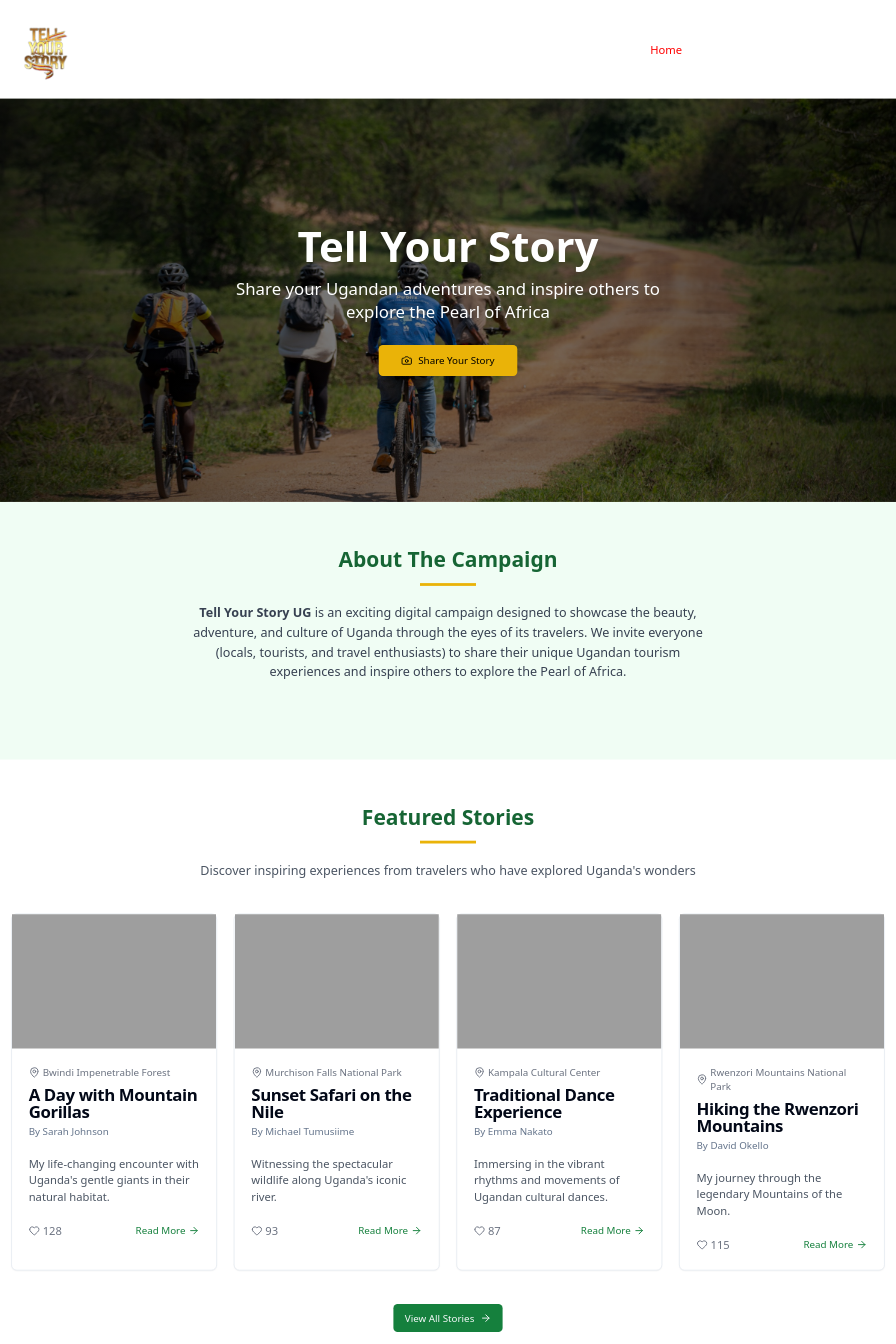
Repository: kaizoku010/take.part
Page: /
These files come from the project's save history. The page is drawn as it stood at one moment and after a run of saves; the edit follows.
The browser window is 1280 px wide. The pictures show the part of the page from y = 0 to 1920 px (the page is 3364 px tall), at 70% of full size.
Pictures or frames that could not be fetched are drawn as grey boxes. The project was rebuilt for these pictures with package versions that can differ from the ones it lists, and the page was loaded fresh each time. Also part of the build but not shown: vite.config.ts, src/components/ui/tooltip.tsx, src/pages/About.tsx, src/components/ui/input.tsx, src/pages/Stories.tsx, src/pages/StoryDetail.tsx, src/components/ui/use-toast.ts, src/components/ui/label.tsx and 3 more.

Above is the page before, as saved 2025-04-14 14:06:56.

### index.html

<!DOCTYPE html>
<html lang="en">
  <head>
    <meta charset="UTF-8" />
    <meta name="viewport" content="width=device-width, initial-scale=1.0" />
    <title>Tell Your Story UG - Explore Uganda</title>
    <meta name="description" content="Share your Ugandan tourism experiences and inspire others to explore the Pearl of Africa" />
    <meta name="author" content="Explore Uganda Campaign" />

    <meta property="og:title" content="Tell Your Story UG - Explore Uganda" />
    <meta property="og:description" content="Share your Ugandan tourism experiences and inspire others to explore the Pearl of Africa" />
    <meta property="og:type" content="website" />
    <meta property="og:image" content="https://lovable.dev/opengraph-image-p98pqg.png" />

    <meta name="twitter:card" content="summary_large_image" />
    <meta name="twitter:site" content="@lovable_dev" />
    <meta name="twitter:image" content="https://lovable.dev/opengraph-image-p98pqg.png" />

    <!-- Meta Pixel Code -->
    <script>
    !function(f,b,e,v,n,t,s)
    {if(f.fbq)return;n=f.fbq=function(){n.callMethod?
    n.callMethod.apply(n,arguments):n.queue.push(arguments)};
    if(!f._fbq)f._fbq=n;n.push=n;n.loaded=!0;n.version='2.0';
    n.queue=[];t=b.createElement(e);t.async=!0;
    t.src=v;s=b.getElementsByTagName(e)[0];
    s.parentNode.insertBefore(t,s)}(window, document,'script',
    'https://connect.facebook.net/en_US/fbevents.js');
    fbq('init', '1846327909352916');
    fbq('track', 'PageView');
    </script>
    <!-- End Meta Pixel Code -->
  </head>

  <body>
    <div id="root"></div>
    <!-- Facebook Pixel noscript -->
    <noscript><img height="1" width="1" style="display:none"
    src="https://www.facebook.com/tr?id=1846327909352916&ev=PageView&noscript=1"
    /></noscript>
    <!-- IMPORTANT: DO NOT REMOVE THIS SCRIPT TAG OR THIS VERY COMMENT! -->
    <script src="https://cdn.gpteng.co/gptengineer.js" type="module"></script>
    <script type="module" src="/src/main.tsx"></script>
  </body>
</html>

### src/App.tsx

import { Toaster } from "@/components/ui/toaster";
import { Toaster as Sonner } from "@/components/ui/sonner";
import { TooltipProvider } from "@/components/ui/tooltip";
import { QueryClient, QueryClientProvider } from "@tanstack/react-query";
import { BrowserRouter, Routes, Route } from "react-router-dom";
import Home from "./pages/Home";
import About from "./pages/About";
import Stories from "./pages/Stories";
import StoryDetail from "./pages/StoryDetail";
import SubmitStory from "./pages/SubmitStory";
import NotFound from "./pages/NotFound";
import "./mdx.css";

const queryClient = new QueryClient();

const App = () => (
  <QueryClientProvider client={queryClient}>
    <TooltipProvider>
      <Toaster />
      <Sonner />
      <BrowserRouter>
        <Routes>
          <Route path="/" element={<Home />} />
          <Route path="/about" element={<About />} />
          <Route path="/stories" element={<Stories />} />
          <Route path="/stories/:id" element={<StoryDetail />} />
          <Route path="/submit-story" element={<SubmitStory />} />
          {/* ADD ALL CUSTOM ROUTES ABOVE THE CATCH-ALL "*" ROUTE */}
          <Route path="*" element={<NotFound />} />
        </Routes>
      </BrowserRouter>
    </TooltipProvider>
  </QueryClientProvider>
);

export default App;

### src/index.css
@tailwind base;
@tailwind components;
@tailwind utilities;

@layer base {
  :root {
    --background: 0 0% 100%;
    --foreground: 222.2 84% 4.9%;

    --card: 0 0% 100%;
    --card-foreground: 222.2 84% 4.9%;

    --popover: 0 0% 100%;
    --popover-foreground: 222.2 84% 4.9%;

    --primary: 41.81deg 100% 49.8%;
    --primary-foreground: 210 40% 98%;

    --secondary: 210 40% 96.1%;
    --secondary-foreground: 222.2 47.4% 11.2%;

    --muted: 210 40% 96.1%;
    --muted-foreground: 215.4 16.3% 46.9%;

    --accent: 210 40% 96.1%;
    --accent-foreground: 222.2 47.4% 11.2%;

    --destructive: 0 84.2% 60.2%;
    --destructive-foreground: 210 40% 98%;

    --border: 214.3 31.8% 91.4%;
    --input: 214.3 31.8% 91.4%;
    --ring: 222.2 84% 4.9%;

    --radius: 0.5rem;

    --sidebar-background: 0 0% 98%;

    --sidebar-foreground: 240 5.3% 26.1%;

    --sidebar-primary: 240 5.9% 10%;

    --sidebar-primary-foreground: 0 0% 98%;

    --sidebar-accent: 240 4.8% 95.9%;

    --sidebar-accent-foreground: 240 5.9% 10%;

    --sidebar-border: 220 13% 91%;

    --sidebar-ring: 217.2 91.2% 59.8%;
  }

  .dark {
    --background: 222.2 84% 4.9%;
    --foreground: 210 40% 98%;

    --card: 222.2 84% 4.9%;
    --card-foreground: 210 40% 98%;

    --popover: 222.2 84% 4.9%;
    --popover-foreground: 210 40% 98%;

 /* Main color: Orange/Gold (41.81deg 100% 49.8%) */
 --primary: 41.81 100% 49.8%;
 --primary-foreground: 210 40% 98%;

 /* Secondary/Accent color: Rust Red (5.38deg 63.88% 44.51%) */
 --secondary: 5.38 63.88% 44.51%;
 --secondary-foreground: 210 40% 98%;

    --muted: 217.2 32.6% 17.5%;
    --muted-foreground: 215 20.2% 65.1%;

    --accent: 217.2 32.6% 17.5%;
    --accent-foreground: 210 40% 98%;

    --destructive: 0 62.8% 30.6%;
    --destructive-foreground: 210 40% 98%;

    --border: 217.2 32.6% 17.5%;
    --input: 217.2 32.6% 17.5%;
    --ring: 212.7 26.8% 83.9%;
    --sidebar-background: 240 5.9% 10%;
    --sidebar-foreground: 240 4.8% 95.9%;
    --sidebar-primary: 224.3 76.3% 48%;
    --sidebar-primary-foreground: 0 0% 100%;
    --sidebar-accent: 240 3.7% 15.9%;
    --sidebar-accent-foreground: 240 4.8% 95.9%;
    --sidebar-border: 240 3.7% 15.9%;
    --sidebar-ring: 217.2 91.2% 59.8%;
  }
}

@layer base {
  * {
    @apply border-border;
  }

  body {
    @apply bg-background text-foreground;
  }
}

### src/components/ui/toaster.tsx
import { useToast } from "@/hooks/use-toast"
import {
  Toast,
  ToastClose,
  ToastDescription,
  ToastProvider,
  ToastTitle,
  ToastViewport,
} from "@/components/ui/toast"

export function Toaster() {
  const { toasts } = useToast()

  return (
    <ToastProvider>
      {toasts.map(function ({ id, title, description, action, ...props }) {
        return (
          <Toast key={id} {...props}>
            <div className="grid gap-1">
              {title && <ToastTitle>{title}</ToastTitle>}
              {description && (
                <ToastDescription>{description}</ToastDescription>
              )}
            </div>
            {action}
            <ToastClose />
          </Toast>
        )
      })}
      <ToastViewport />
    </ToastProvider>
  )
}

### src/components/ui/sonner.tsx
import { useTheme } from "next-themes"
import { Toaster as Sonner, toast } from "sonner"

type ToasterProps = React.ComponentProps<typeof Sonner>

const Toaster = ({ ...props }: ToasterProps) => {
  const { theme = "system" } = useTheme()

  return (
    <Sonner
      theme={theme as ToasterProps["theme"]}
      className="toaster group"
      toastOptions={{
        classNames: {
          toast:
            "group toast group-[.toaster]:bg-background group-[.toaster]:text-foreground group-[.toaster]:border-border group-[.toaster]:shadow-lg",
          description: "group-[.toast]:text-muted-foreground",
          actionButton:
            "group-[.toast]:bg-primary group-[.toast]:text-primary-foreground",
          cancelButton:
            "group-[.toast]:bg-muted group-[.toast]:text-muted-foreground",
        },
      }}
      {...props}
    />
  )
}

export { Toaster, toast }

### src/mdx.css
/* #hero-text{
    font-size: medium !important;
} */

#logo{
    width: 6rem !important;
}

#link{
color:red !important;
}

### src/components/ui/button.tsx
import * as React from "react"
import { Slot } from "@radix-ui/react-slot"
import { cva, type VariantProps } from "class-variance-authority"

import { cn } from "@/lib/utils"

const buttonVariants = cva(
  "inline-flex items-center justify-center gap-2 whitespace-nowrap rounded-md text-sm font-medium ring-offset-background transition-colors focus-visible:outline-none focus-visible:ring-2 focus-visible:ring-ring focus-visible:ring-offset-2 disabled:pointer-events-none disabled:opacity-50 [&_svg]:pointer-events-none [&_svg]:size-4 [&_svg]:shrink-0",
  {
    variants: {
      variant: {
        default: "bg-primary text-primary-foreground hover:bg-primary/90",
        destructive:
          "bg-destructive text-destructive-foreground hover:bg-destructive/90",
        outline:
          "border border-input bg-background hover:bg-accent hover:text-accent-foreground",
        secondary:
          "bg-secondary text-secondary-foreground hover:bg-secondary/80",
        ghost: "hover:bg-accent hover:text-accent-foreground",
        link: "text-primary underline-offset-4 hover:underline",
      },
      size: {
        default: "h-10 px-4 py-2",
        sm: "h-9 rounded-md px-3",
        lg: "h-11 rounded-md px-8",
        icon: "h-10 w-10",
      },
    },
    defaultVariants: {
      variant: "default",
      size: "default",
    },
  }
)

export interface ButtonProps
  extends React.ButtonHTMLAttributes<HTMLButtonElement>,
    VariantProps<typeof buttonVariants> {
  asChild?: boolean
}

const Button = React.forwardRef<HTMLButtonElement, ButtonProps>(
  ({ className, variant, size, asChild = false, ...props }, ref) => {
    const Comp = asChild ? Slot : "button"
    return (
      <Comp
        className={cn(buttonVariants({ variant, size, className }))}
        ref={ref}
        {...props}
      />
    )
  }
)
Button.displayName = "Button"

export { Button, buttonVariants }

### src/components/ui/card.tsx
import * as React from "react"

import { cn } from "@/lib/utils"

const Card = React.forwardRef<
  HTMLDivElement,
  React.HTMLAttributes<HTMLDivElement>
>(({ className, ...props }, ref) => (
  <div
    ref={ref}
    className={cn(
      "rounded-lg border bg-card text-card-foreground shadow-sm",
      className
    )}
    {...props}
  />
))
Card.displayName = "Card"

const CardHeader = React.forwardRef<
  HTMLDivElement,
  React.HTMLAttributes<HTMLDivElement>
>(({ className, ...props }, ref) => (
  <div
    ref={ref}
    className={cn("flex flex-col space-y-1.5 p-6", className)}
    {...props}
  />
))
CardHeader.displayName = "CardHeader"

const CardTitle = React.forwardRef<
  HTMLParagraphElement,
  React.HTMLAttributes<HTMLHeadingElement>
>(({ className, ...props }, ref) => (
  <h3
    ref={ref}
    className={cn(
      "text-2xl font-semibold leading-none tracking-tight",
      className
    )}
    {...props}
  />
))
CardTitle.displayName = "CardTitle"

const CardDescription = React.forwardRef<
  HTMLParagraphElement,
  React.HTMLAttributes<HTMLParagraphElement>
>(({ className, ...props }, ref) => (
  <p
    ref={ref}
    className={cn("text-sm text-muted-foreground", className)}
    {...props}
  />
))
CardDescription.displayName = "CardDescription"

const CardContent = React.forwardRef<
  HTMLDivElement,
  React.HTMLAttributes<HTMLDivElement>
>(({ className, ...props }, ref) => (
  <div ref={ref} className={cn("p-6 pt-0", className)} {...props} />
))
CardContent.displayName = "CardContent"

const CardFooter = React.forwardRef<
  HTMLDivElement,
  React.HTMLAttributes<HTMLDivElement>
>(({ className, ...props }, ref) => (
  <div
    ref={ref}
    className={cn("flex items-center p-6 pt-0", className)}
    {...props}
  />
))
CardFooter.displayName = "CardFooter"

export { Card, CardHeader, CardFooter, CardTitle, CardDescription, CardContent }

### src/components/layout/Layout.tsx

import { ReactNode } from "react";
import Header from "./Header";
import Footer from "./Footer";

interface LayoutProps {
  children: ReactNode;
}

const Layout = ({ children }: LayoutProps) => {
  return (
    <div className="flex flex-col min-h-screen">
      <Header />
      <main className="flex-grow">
        {children}
      </main>
      <Footer />
    </div>
  );
};

export default Layout;

### src/components/layout/Header.tsx

import { useState } from "react";
import { Menu, X } from "lucide-react";
import { Link } from "react-router-dom";
import Logo from "../../media/logo.png";

const Header = () => {
  const [isMenuOpen, setIsMenuOpen] = useState(false);

  const toggleMenu = () => {
    setIsMenuOpen(!isMenuOpen);
  };

  return (
    <header className="text-white shadow-md">
      <div className="container mx-auto px-4 py-4">
        <div className="flex justify-between items-center">
          <Link to="/" className="text-2xl font-bold flex items-center gap-2">
            <img id="logo" src={Logo} alt="Logo" />
            {/* <span className="text-white">Tell Your Story</span> */}
          </Link>

          {/* Desktop Navigation */}
          <nav className="hidden md:flex space-x-8">
            <Link to="/" id="link" className="hover:text-yellow-400 transition-colors">Home</Link>
            <Link to="/stories" className="hover:text-yellow-400 transition-colors">Stories</Link>
            <Link to="/submit-story" className="hover:text-yellow-400 transition-colors">Submit Story</Link>
            <Link to="/about" className="hover:text-yellow-400 transition-colors">About</Link>
          </nav>

          {/* Mobile Menu Button */}
          <button
            onClick={toggleMenu}
            className="md:hidden text-white focus:outline-none"
          >
            {isMenuOpen ? <X size={24} /> : <Menu size={24} />}
          </button>
        </div>

        {/* Mobile Navigation */}
        {isMenuOpen && (
          <nav className="md:hidden pt-4 pb-2">
            <div className="flex flex-col space-y-3">
              <Link
                to="/"
                id="link"
                className="hover:text-yellow-400 transition-colors py-2"
                onClick={() => setIsMenuOpen(false)}
              >
                Home
              </Link>
              <Link
                to="/stories"
                id="link"
                className="hover:text-yellow-400 transition-colors py-2"
                onClick={() => setIsMenuOpen(false)}
              >
                Stories
              </Link>
              <Link
                to="/submit-story"
                id="link"
                className="hover:text-yellow-400 transition-colors py-2"
                onClick={() => setIsMenuOpen(false)}
              >
                Submit Story
              </Link>
              <Link
                to="/about"
                id="link"
                className="hover:text-yellow-400 transition-colors py-2"
                onClick={() => setIsMenuOpen(false)}
              >
                About
              </Link>
            </div>
          </nav>
        )}
      </div>
    </header>
  );
};

export default Header;

### src/components/layout/Footer.tsx

import { Facebook, Instagram, Twitter } from "lucide-react";
import { Link } from "react-router-dom";

const Footer = () => {
  return (
    <footer className="bg-green-900 text-white py-8">
      <div className="container mx-auto px-4">
        <div className="grid grid-cols-1 md:grid-cols-3 gap-8">
          <div>
            <h3 className="text-xl font-bold mb-4">Tell Your Story UG</h3>
            <p className="text-gray-300">
              Showcasing the beauty, adventure, and culture of Uganda through the eyes of its travelers.
            </p>
          </div>

          <div>
            <h3 className="text-xl font-bold mb-4">Quick Links</h3>
            <ul className="space-y-2">
              <li><Link to="/" className="text-gray-300 hover:text-yellow-400 transition-colors">Home</Link></li>
              <li><Link to="/stories" className="text-gray-300 hover:text-yellow-400 transition-colors">Stories</Link></li>
              <li><Link to="/submit-story" className="text-gray-300 hover:text-yellow-400 transition-colors">Submit Story</Link></li>
              <li><Link to="/about" className="text-gray-300 hover:text-yellow-400 transition-colors">About</Link></li>
            </ul>
          </div>

          <div>
            <h3 className="text-xl font-bold mb-4">Connect With Us</h3>
            <div className="flex space-x-4">
              <a href="https://facebook.com" target="_blank" rel="noopener noreferrer" className="hover:text-yellow-400 transition-colors">
                <Facebook size={24} />
              </a>
              <a href="https://twitter.com" target="_blank" rel="noopener noreferrer" className="hover:text-yellow-400 transition-colors">
                <Twitter size={24} />
              </a>
              <a href="https://instagram.com" target="_blank" rel="noopener noreferrer" className="hover:text-yellow-400 transition-colors">
                <Instagram size={24} />
              </a>
            </div>
            <p className="mt-4 text-gray-300">
              Email: <a href="mailto:info@tellyourstoryug.com" className="hover:text-yellow-400 transition-colors">info@tellyourstoryug.com</a>
            </p>
          </div>
        </div>

        <div className="mt-8 pt-4 border-t border-green-800 text-center text-gray-300">
          <p>&copy; {new Date().getFullYear()} Tell Your Story UG. All rights reserved.</p>
        </div>
      </div>
    </footer>
  );
};

export default Footer;

### tailwind.config.ts
import type { Config } from "tailwindcss";

export default {
	darkMode: ["class"],
	content: [
		"./pages/**/*.{ts,tsx}",
		"./components/**/*.{ts,tsx}",
		"./app/**/*.{ts,tsx}",
		"./src/**/*.{ts,tsx}",
	],
	prefix: "",
	theme: {
		container: {
			center: true,
			padding: '2rem',
			screens: {
				'2xl': '1400px'
			}
		},
		extend: {
			colors: {
				main: 'hsl(41.81deg 100% 49.8%)',
				accent: 'hsl(5.38deg 63.88% 44.51%)',
				border: 'hsl(var(--border))',
				input: 'hsl(var(--input))',
				ring: 'hsl(var(--ring))',
				background: 'hsl(var(--background))',
				foreground: 'hsl(var(--foreground))',
				primary: {
					DEFAULT: 'hsl(var(--primary))',
					foreground: 'hsl(var(--primary-foreground))'
				},
				secondary: {
					DEFAULT: 'hsl(var(--secondary))',
					foreground: 'hsl(var(--secondary-foreground))'
				},
				destructive: {
					DEFAULT: 'hsl(var(--destructive))',
					foreground: 'hsl(var(--destructive-foreground))'
				},
				muted: {
					DEFAULT: 'hsl(var(--muted))',
					foreground: 'hsl(var(--muted-foreground))'
				},
				// accent: {
				// 	DEFAULT: 'hsl(var(--accent))',
				// 	foreground: 'hsl(var(--accent-foreground))'
				// },
				popover: {
					DEFAULT: 'hsl(var(--popover))',
					foreground: 'hsl(var(--popover-foreground))'
				},
				card: {
					DEFAULT: 'hsl(var(--card))',
					foreground: 'hsl(var(--card-foreground))'
				},
				sidebar: {
					DEFAULT: 'hsl(var(--sidebar-background))',
					foreground: 'hsl(var(--sidebar-foreground))',
					primary: 'hsl(var(--sidebar-primary))',
					'primary-foreground': 'hsl(var(--sidebar-primary-foreground))',
					accent: 'hsl(var(--sidebar-accent))',
					'accent-foreground': 'hsl(var(--sidebar-accent-foreground))',
					border: 'hsl(var(--sidebar-border))',
					ring: 'hsl(var(--sidebar-ring))'
				}
			},
			borderRadius: {
				lg: 'var(--radius)',
				md: 'calc(var(--radius) - 2px)',
				sm: 'calc(var(--radius) - 4px)'
			},
			keyframes: {
				'accordion-down': {
					from: {
						height: '0'
					},
					to: {
						height: 'var(--radix-accordion-content-height)'
					}
				},
				'accordion-up': {
					from: {
						height: 'var(--radix-accordion-content-height)'
					},
					to: {
						height: '0'
					}
				}
			},
			animation: {
				'accordion-down': 'accordion-down 0.2s ease-out',
				'accordion-up': 'accordion-up 0.2s ease-out'
			}
		}
	},
	plugins: [require("tailwindcss-animate")],
} satisfies Config;

Loaded but not shown: src/main.tsx (common file); src/hooks/use-toast.ts (common file); src/lib/utils.ts (common file); src/pages/Home.tsx (235 lines, source omitted); src/components/ui/carousel.tsx (260 lines, source omitted); src/components/ui/toast.tsx (127 lines, source omitted)

After the next 3 saves:
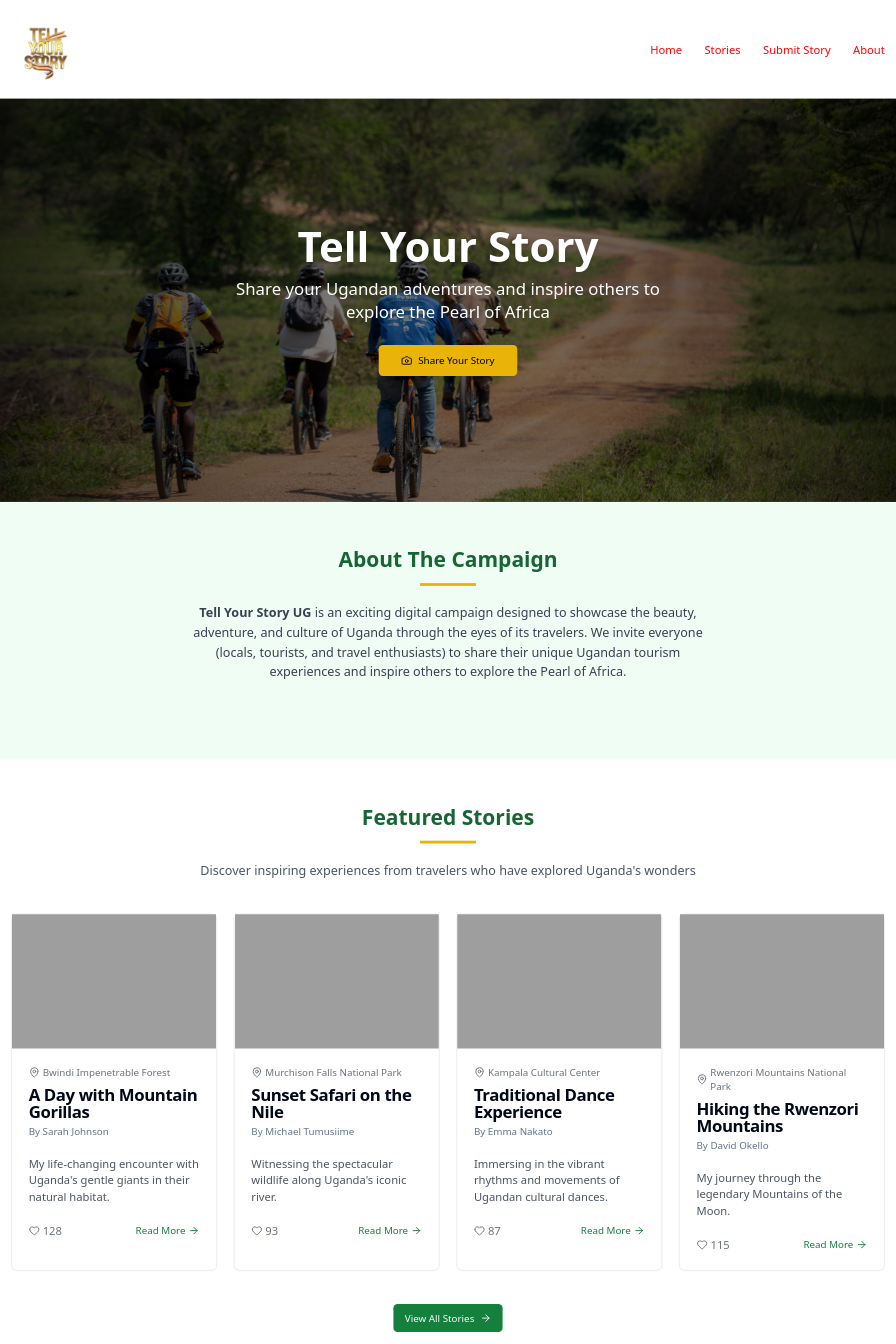
The 3 saves are shown as one change because they came seconds apart.
The last was saved 13 s later.
--- a/src/components/layout/Header.tsx
+++ b/src/components/layout/Header.tsx
@@ -23,9 +23,9 @@
           {/* Desktop Navigation */}
           <nav className="hidden md:flex space-x-8">
             <Link to="/" id="link" className="hover:text-yellow-400 transition-colors">Home</Link>
-            <Link to="/stories" className="hover:text-yellow-400 transition-colors">Stories</Link>
-            <Link to="/submit-story" className="hover:text-yellow-400 transition-colors">Submit Story</Link>
-            <Link to="/about" className="hover:text-yellow-400 transition-colors">About</Link>
+            <Link to="/stories" id="link" className="hover:text-yellow-400 transition-colors">Stories</Link>
+            <Link to="/submit-story" id="link" className="hover:text-yellow-400 transition-colors">Submit Story</Link>
+            <Link to="/about" id="link" className="hover:text-yellow-400 transition-colors">About</Link>
           </nav>
 
           {/* Mobile Menu Button */}
